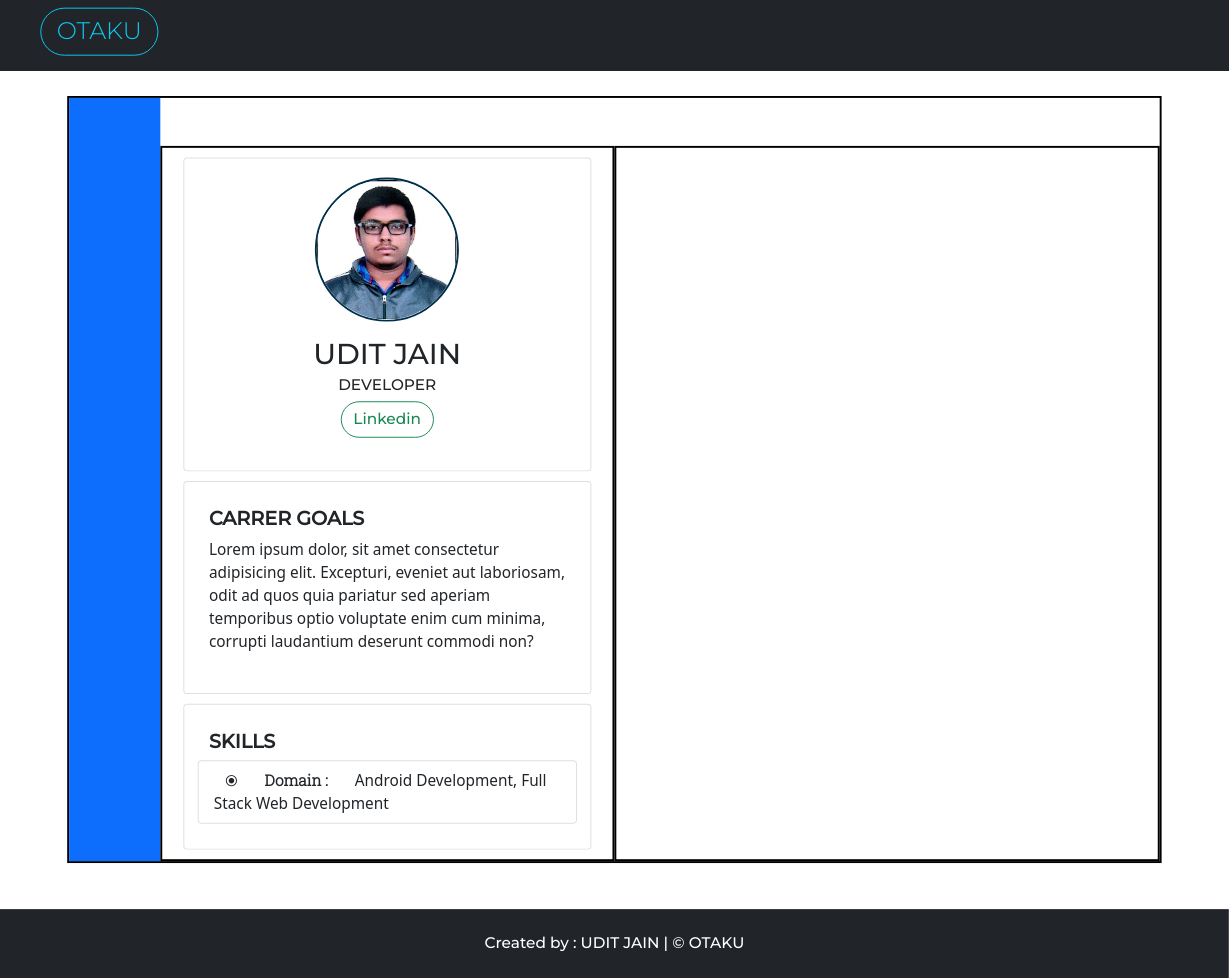
Repository: uditjain100/Responsive-Resume
Page: layouts/index.html
These files come from the project's save history. The page is drawn as it stood at one moment and after the next save; the edit follows.
The browser window is 1280 px wide. The pictures show the whole page, at 96% of full size.
Some web libraries are served in a nearby version.

Above is the page before, as saved 2021-03-01 14:24:07.

After the next save:
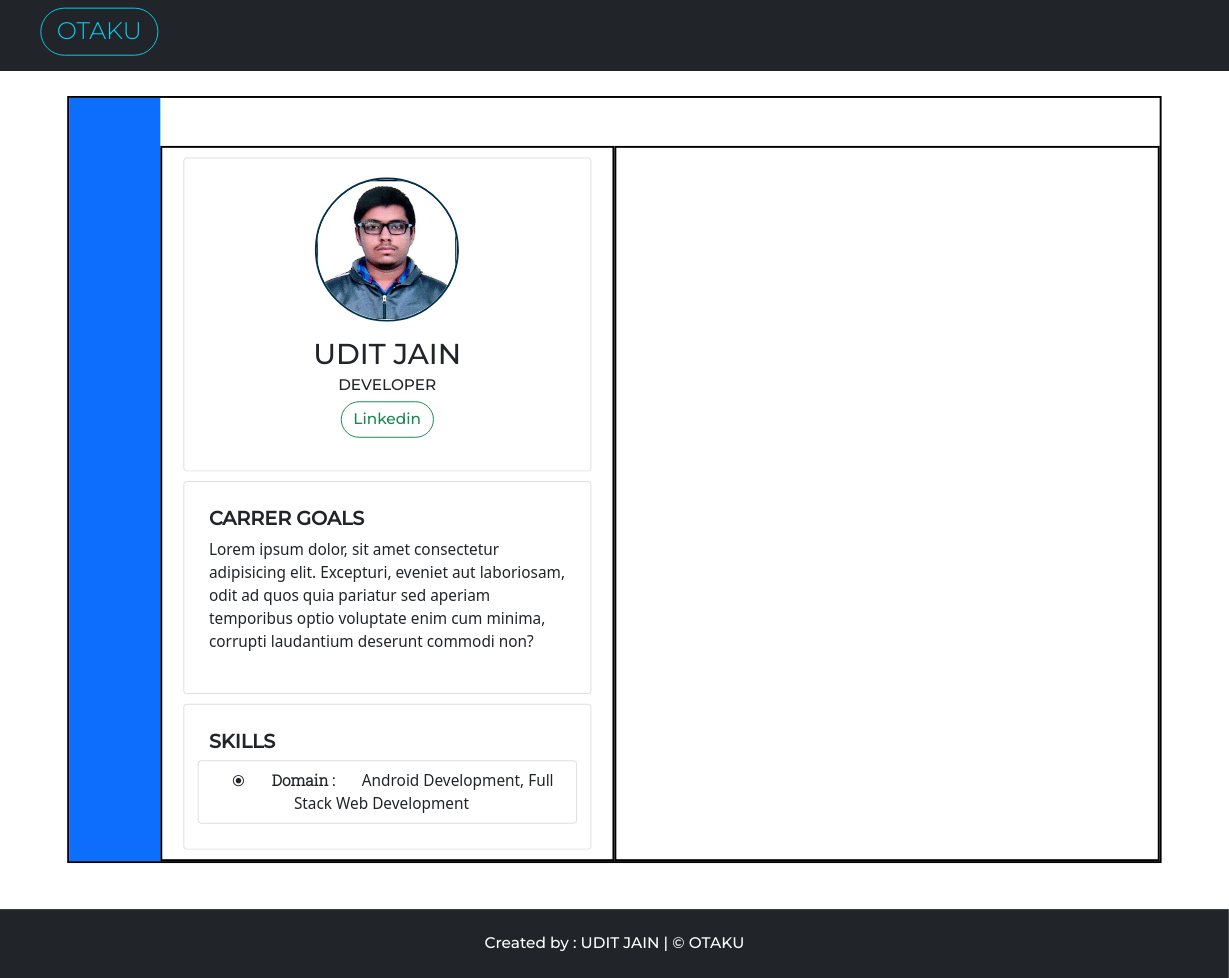
Saved 14 s later.
--- a/layouts/app.css
+++ b/layouts/app.css
@@ -89,6 +89,10 @@
   margin-top: 10px;
 }
 
+#skillsitem {
+  text-align: center;
+}
+
 #que {
   font-family: "Roboto Slab";
   font-weight: 900;

After the 2 saves that followed:
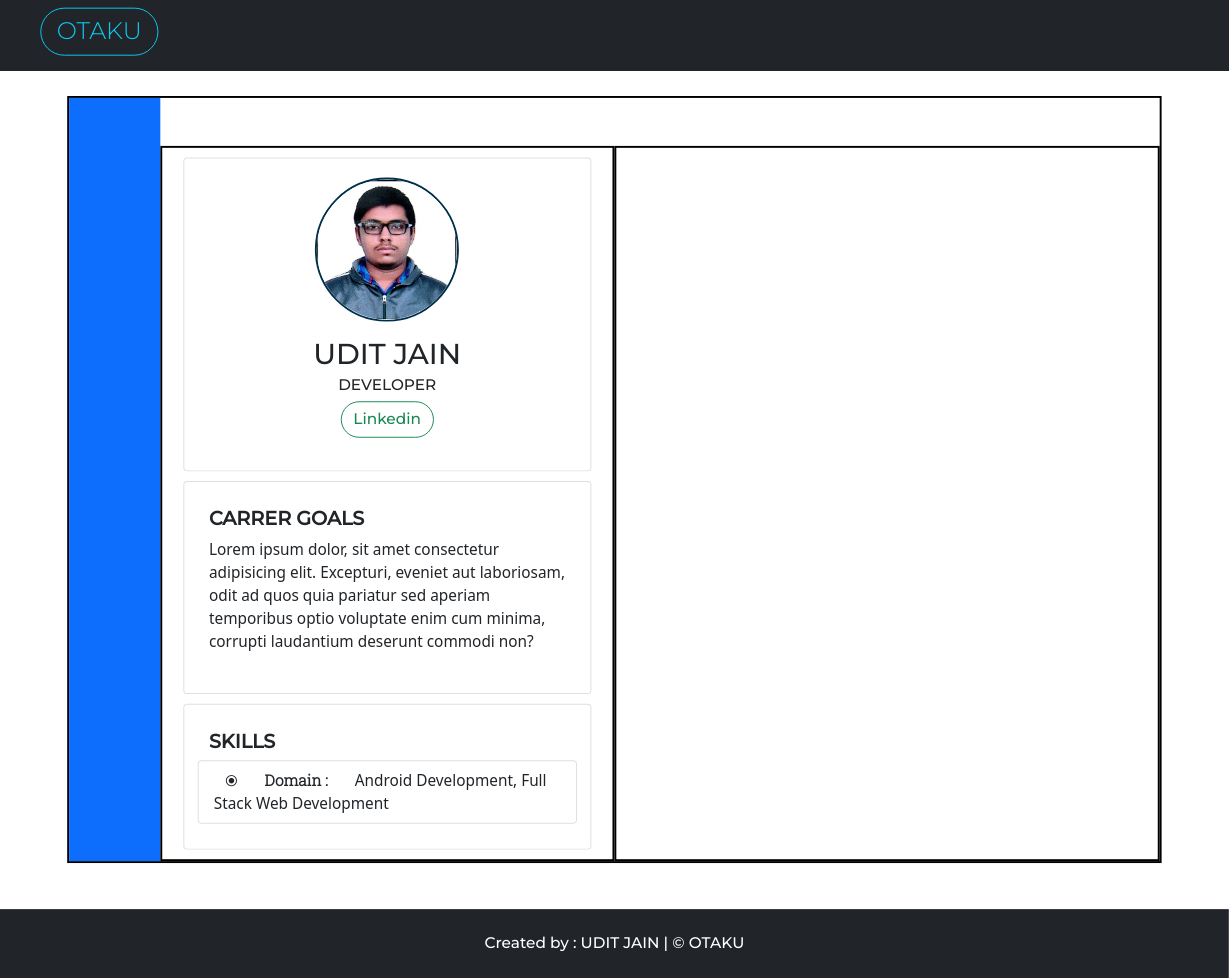
The 2 saves are shown as one change because 1 left the picture as it was.
The last was saved 24 s later.
--- a/layouts/app.css
+++ b/layouts/app.css
@@ -89,13 +89,10 @@
   margin-top: 10px;
 }
 
-#skillsitem {
-  text-align: center;
-}
-
 #que {
   font-family: "Roboto Slab";
   font-weight: 900;
+  text-align: left;
 }
 
 .card {
